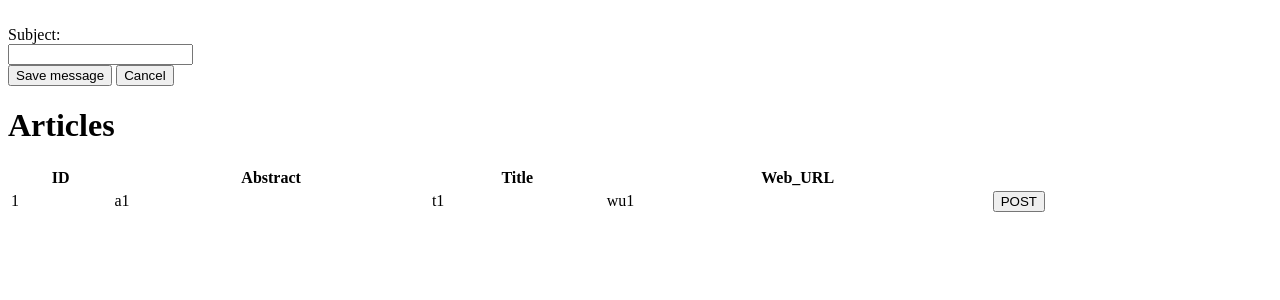
Repository: iuliaclisu/CCproject
Page: server/frontend/index.html
The author's editor kept a record of every edit. The page is drawn from the files as they stood at one moment, then again after the next edit.
The browser window is 1280 px wide. The pictures show the whole page.

Above is the page before.

### server/frontend/index.html
<!DOCTYPE html>
<html>
    <head>
        <title>Article list</title>
    </head>
    <body>
        <form>
  <input type="hidden" name="id" id="id" /><br />
  Subject:<br />
  <input type="text" name="name" id="name" /><br />
  <input type="submit" value="Save message">
  <input type="reset" value="Cancel">
</form>
        <h1>Articles</h1>
        <table style="width:100%;">
    <tr>
        <th>ID</th>
        <th>Abstract</th>
        <th>Title</th>
        <th>Web_URL</th>
    </tr>
    <tr>
        <td>1</td>
        <td>a1</td>
        <td>t1</td>
        <td>wu1</td>
        <td>
            <button>POST</button>
        </td>
    </tr>
</table>


    </body>
</html>

After the next edit:
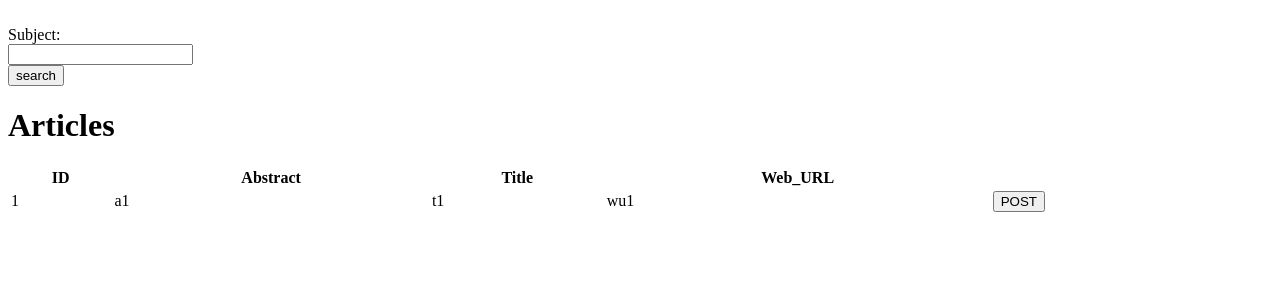
The edit:
--- a/server/frontend/index.html
+++ b/server/frontend/index.html
@@ -8,8 +8,7 @@
   <input type="hidden" name="id" id="id" /><br />
   Subject:<br />
   <input type="text" name="name" id="name" /><br />
-  <input type="submit" value="Save message">
-  <input type="reset" value="Cancel">
+  <input type="submit" value="search">
 </form>
         <h1>Articles</h1>
         <table style="width:100%;">
